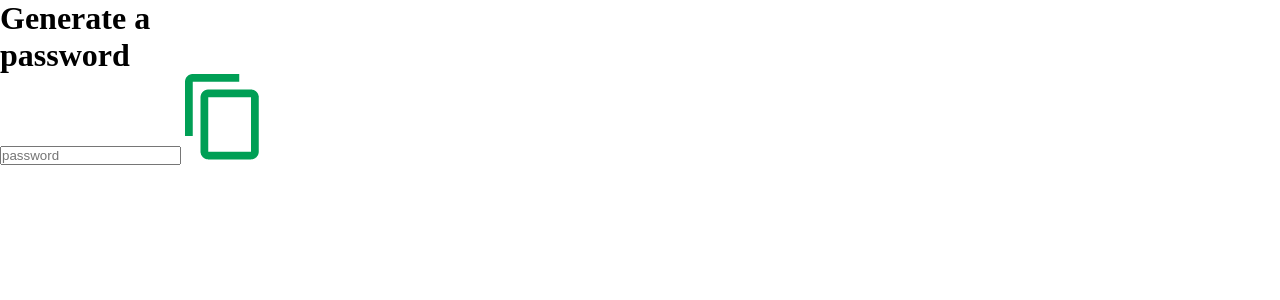
Repository: YAAMAR/password-generator
Page: Random password/index.html
The author's editor kept a copy of each file at every save. The page is drawn from the files as they stood at one save, then again after the next save.
The browser window is 1280 px wide. The pictures show the whole page.

Above is the page before, as saved 2024-05-02 18:51:45.

### Random password/index.html
<!DOCTYPE html>
<html lang="en">
<head>
    <meta charset="UTF-8">
    <meta name="viewport" content="width=device-width, initial-scale=1.0">
    <title>Random Password Generator-Easy Tutorials</title>
    <link rel="stylesheet" href="style.css">
</head>
<body>
    <div class="container">

        <h1>Generate a <br>password</h1>
        <div class="display">

            <input type="text" id="password" placeholder="password">
            <img src="images/copy.png">
        </div>
    </div>
</body>
</html>

### Random password/style.css
*{
    margin: 0;
    padding: 0;
    fo
}

After the next save:
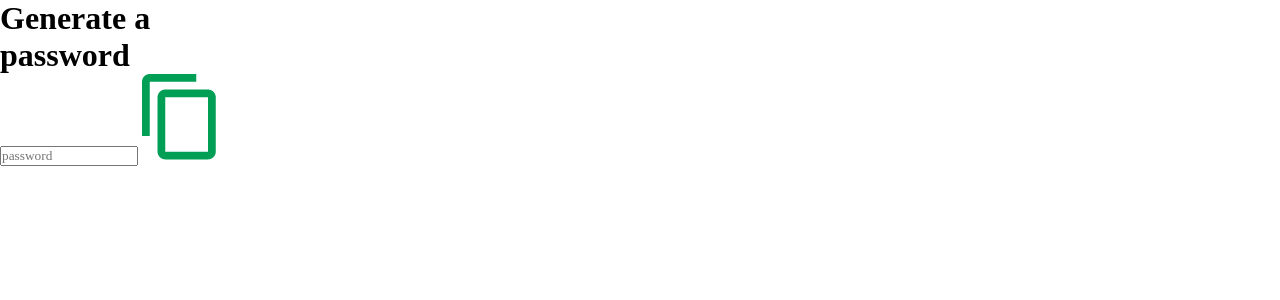
Saved 6 s later.
--- a/Random password/style.css
+++ b/Random password/style.css
@@ -1,5 +1,5 @@
 *{
     margin: 0;
     padding: 0;
-    fo
+    font-family: '';
 }
